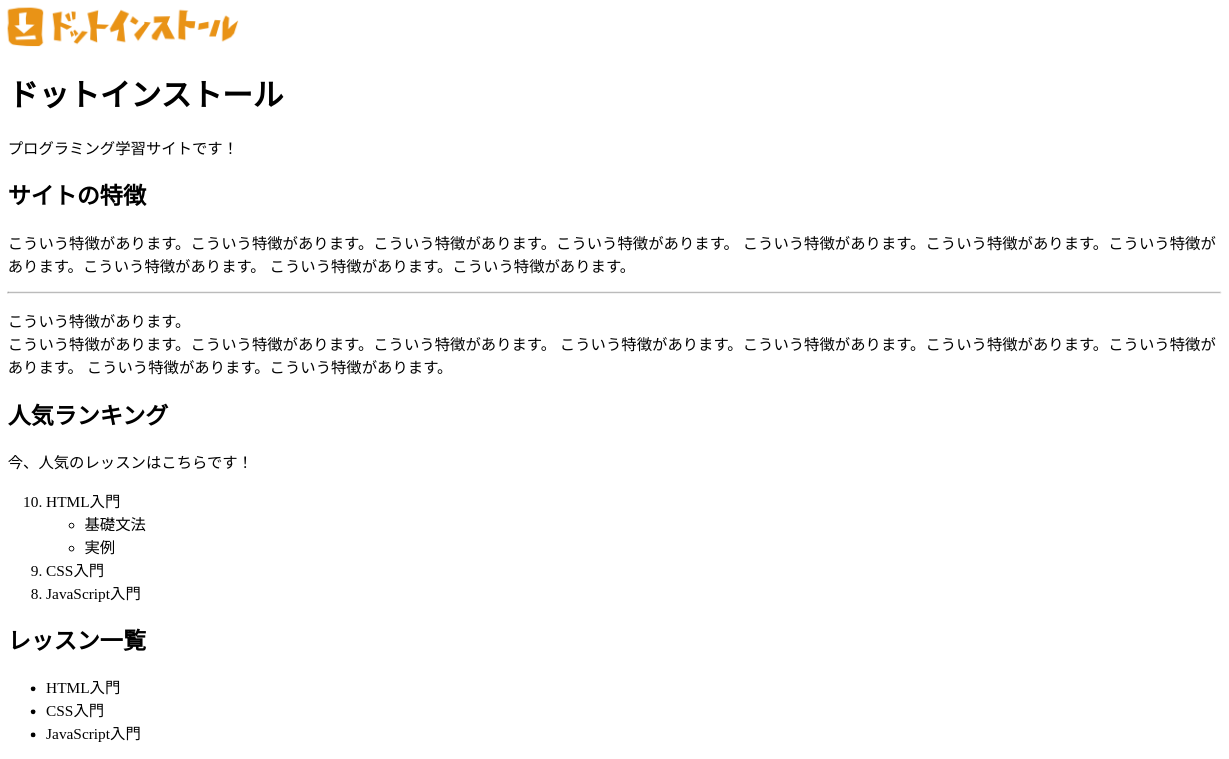
Repository: kojimayu/dotinstall-html
Page: index.html
An editor plug-in stored every save of this project. The page is shown before and after the next save, followed by the edit.
The browser window is 1280 px wide. The pictures show the whole page, at 96% of full size.

Above is the page before, as saved 2019-04-04 16:58:34.

After the next save:
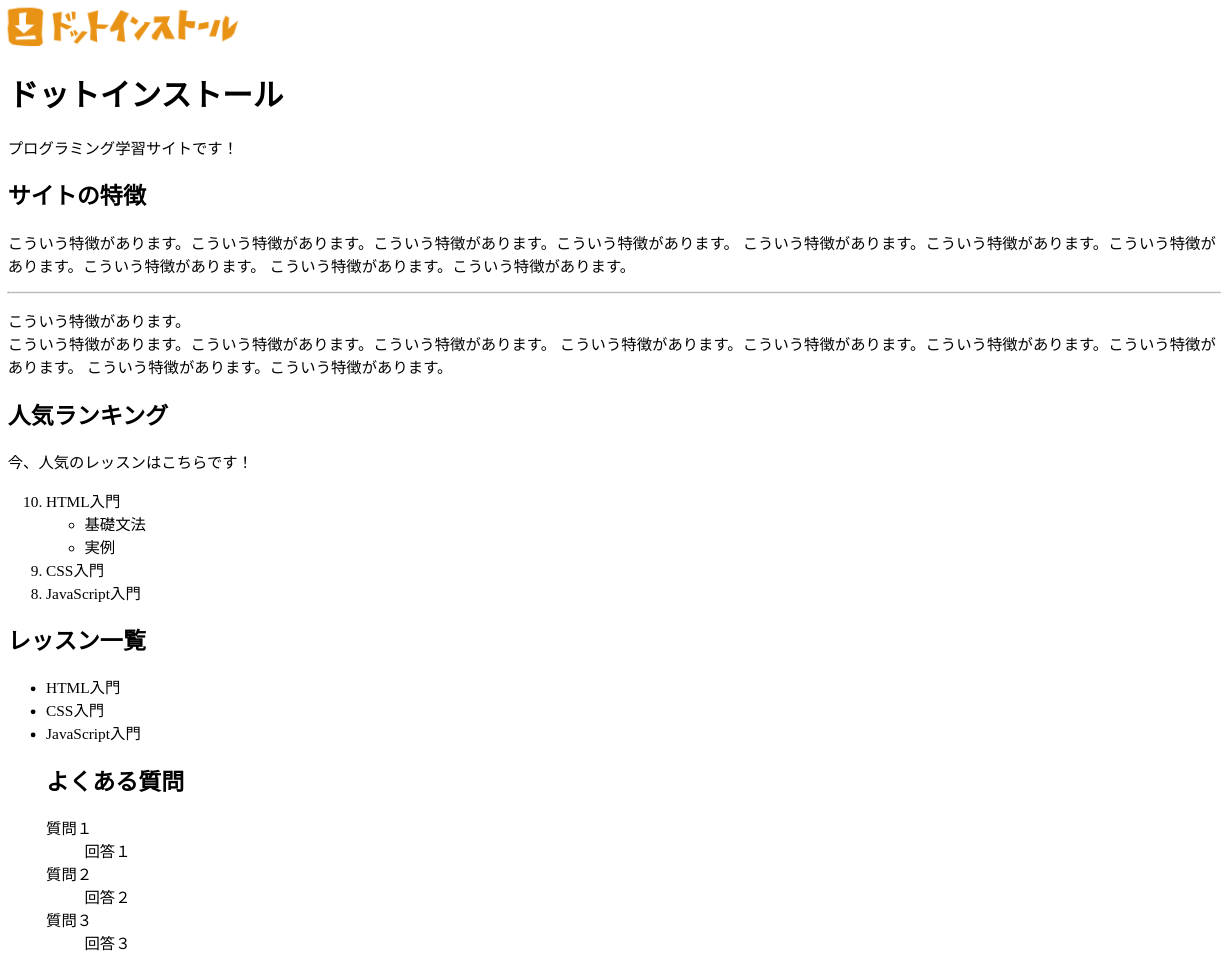
Saved 19 min 10 s later.
--- a/index.html
+++ b/index.html
@@ -43,7 +43,17 @@
         <li>HTML入門</li>
         <li>CSS入門</li>
         <li>JavaScript入門</li>
+        <h2>よくある質問</h2>
+        <dl>
+            <dt>質問１</dt>
+            <dd>回答１</dd>
 
+            <dt>質問２</dt>
+            <dd>回答２</dd>
+
+            <dt>質問３</dt>
+            <dd>回答３</dd>
+        </dl>
     </ul>
 </body>
 
